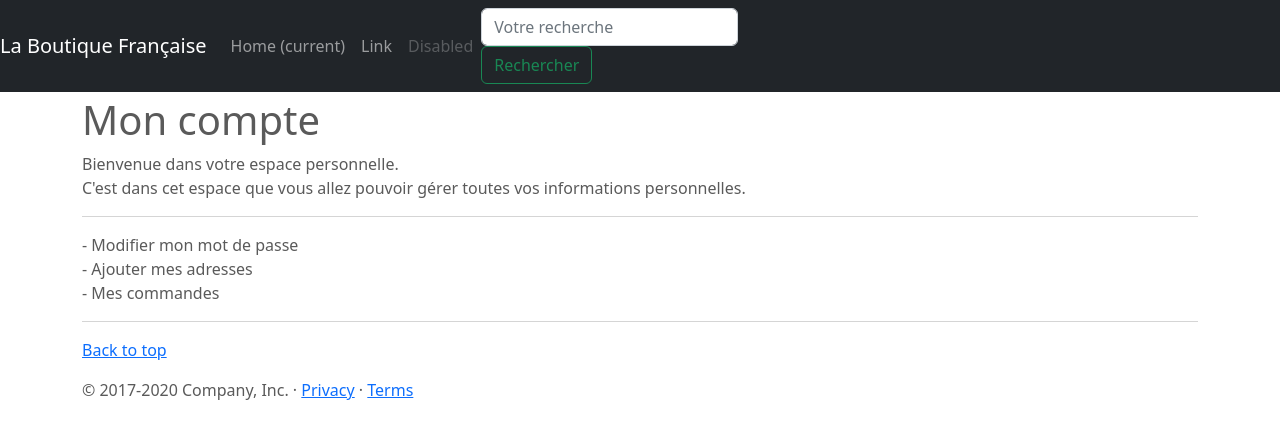
Repository: Coulibaly00180/laboutiquefrancaise
Page: templates/account/index.html.twig
The author's editor kept a copy of each file at every save. The page is drawn from the files as they stood at one save, then again after the next save.
The browser window is 1280 px wide. The pictures show the whole page.
The page is a Twig template of a Symfony application; nobody is signed in and links lead nowhere. The template is opened directly, without the code that normally fills it, so the values that code supplies are empty.

Above is the page before, as saved 2023-03-02 10:46:08.

### templates/account/index.html.twig
{% extends 'base.html.twig' %}

{% block title %}Mon compte - La Boutique Française{% endblock %}

{% block content %}
    <h1>Mon compte</h1>
    Bienvenue {{ app.user.firstName}} dans votre espace personnelle. <br>
    C'est dans cet espace que vous allez pouvoir gérer toutes vos informations personnelles.<br>
    <hr>
    -   Modifier mon mot de passe<br>
    -   Ajouter mes adresses<br>
    -   Mes commandes<br>
    <hr>
{% endblock %}

### templates/base.html.twig
<!doctype html>
<html lang="fr">
<head>
    <meta charset="utf-8">
    <meta name="viewport" content="width=device-width, initial-scale=1, shrink-to-fit=no">
    <meta name="description" content="">
    <meta name="author" content="Coulibaly Abdoulaye Christian">
    <meta name="generator" content="Jekyll v4.1.1">
    <title>{% block title %}La Boutique Française - 100% Made in French{% endblock %}</title>

    <!-- Bootstrap core CSS -->
    <link href="{{ asset('assets/css/bootstrap.min.css') }}" rel="stylesheet">

    <style>
        .bd-placeholder-img {
            font-size: 1.125rem;
            text-anchor: middle;
            -webkit-user-select: none;
            -moz-user-select: none;
            -ms-user-select: none;
            user-select: none;
        }

        @media (min-width: 768px) {
            .bd-placeholder-img-lg {
                font-size: 3.5rem;
            }
        }
    </style>
    <!-- Custom styles for this template -->
    <link href="{{ asset('assets/css/carousel.css') }}" rel="stylesheet">
</head>
<body>
    <header>
        <nav class="navbar navbar-expand-md navbar-dark fixed-top bg-dark">
            <a class="navbar-brand" href="#">La Boutique Française</a>
            <button class="navbar-toggler" type="button" data-toggle="collapse" data-target="#navbarCollapse" aria-controls="navbarCollapse" aria-expanded="false" aria-label="Toggle navigation">
                <span class="navbar-toggler-icon"></span>
            </button>
            <div class="collapse navbar-collapse" id="navbarCollapse">
                <ul class="navbar-nav mr-auto">
                    <li class="nav-item active">
                        <a class="nav-link" href="#">Home <span class="sr-only">(current)</span></a>
                    </li>
                    <li class="nav-item">
                        <a class="nav-link" href="#">Link</a>
                    </li>
                    <li class="nav-item">
                        <a class="nav-link disabled" href="#" tabindex="-1" aria-disabled="true">Disabled</a>
                    </li>
                </ul>
                <form class="form-inline mt-2 mt-md-0">
                    <input class="form-control mr-sm-2" type="text" placeholder="Votre recherche" aria-label="Search">
                    <button class="btn btn-outline-success my-2 my-sm-0" type="submit">Rechercher</button>
                </form>
            </div>
        </nav>
    </header>

    <main role="main">

        {% if block('carousel') is defined %}

        <div id="myCarousel" class="carousel slide" data-ride="carousel">
            <ol class="carousel-indicators">
                <li data-target="#myCarousel" data-slide-to="0" class="active"></li>
                <li data-target="#myCarousel" data-slide-to="1"></li>
                <li data-target="#myCarousel" data-slide-to="2"></li>
            </ol>
            <div class="carousel-inner">
                <div class="carousel-item active">
                    <svg class="bd-placeholder-img" width="100%" height="100%" xmlns="http://www.w3.org/2000/svg" preserveAspectRatio="xMidYMid slice" focusable="false" role="img"><rect width="100%" height="100%" fill="#777"/></svg>
                    <div class="container">
                        <div class="carousel-caption text-left">
                            <h1>Example headline.</h1>
                            <p>Cras justo odio, dapibus ac facilisis in, egestas eget quam. Donec id elit non mi porta gravida at eget metus. Nullam id dolor id nibh ultricies vehicula ut id elit.</p>
                            <p><a class="btn btn-lg btn-primary" href="#" role="button">Sign up today</a></p>
                        </div>
                    </div>
                </div>
                <div class="carousel-item">
                    <svg class="bd-placeholder-img" width="100%" height="100%" xmlns="http://www.w3.org/2000/svg" preserveAspectRatio="xMidYMid slice" focusable="false" role="img"><rect width="100%" height="100%" fill="#777"/></svg>
                    <div class="container">
                        <div class="carousel-caption">
                            <h1>Another example headline.</h1>
                            <p>Cras justo odio, dapibus ac facilisis in, egestas eget quam. Donec id elit non mi porta gravida at eget metus. Nullam id dolor id nibh ultricies vehicula ut id elit.</p>
                            <p><a class="btn btn-lg btn-primary" href="#" role="button">Learn more</a></p>
                        </div>
                    </div>
                </div>
                <div class="carousel-item">
                    <svg class="bd-placeholder-img" width="100%" height="100%" xmlns="http://www.w3.org/2000/svg" preserveAspectRatio="xMidYMid slice" focusable="false" role="img"><rect width="100%" height="100%" fill="#777"/></svg>
                    <div class="container">
                        <div class="carousel-caption text-right">
                            <h1>One more for good measure.</h1>
                            <p>Cras justo odio, dapibus ac facilisis in, egestas eget quam. Donec id elit non mi porta gravida at eget metus. Nullam id dolor id nibh ultricies vehicula ut id elit.</p>
                            <p><a class="btn btn-lg btn-primary" href="#" role="button">Browse gallery</a></p>
                        </div>
                    </div>
                </div>
            </div>
            <a class="carousel-control-prev" href="#myCarousel" role="button" data-slide="prev">
                <span class="carousel-control-prev-icon" aria-hidden="true"></span>
                <span class="sr-only">Previous</span>
            </a>
            <a class="carousel-control-next" href="#myCarousel" role="button" data-slide="next">
                <span class="carousel-control-next-icon" aria-hidden="true"></span>
                <span class="sr-only">Next</span>
            </a>
        </div>

        {% endif %}


        <!-- Marketing messaging and featurettes
        ================================================== -->
        <!-- Wrap the rest of the page in another container to center all the content. -->

        <div class="container marketing {% if block('carousel') is not defined %} mt-5 {% endif %}">

            {% block content %}

            {% endblock %}

        </div><!-- /.container -->

        <!-- FOOTER -->
        <footer class="container">
            <p class="float-right"><a href="#">Back to top</a></p>
            <p>&copy; 2017-2020 Company, Inc. &middot; <a href="#">Privacy</a> &middot; <a href="#">Terms</a></p>
        </footer>
    </main>
    <script src="https://code.jquery.com/jquery-3.5.1.slim.min.js"></script>
    <script src="{{ asset('assets/js/bootstrap.bundle.js') }}"></script>
</body>
</html>

### public/assets/css/carousel.css
/* GLOBAL STYLES
-------------------------------------------------- */
/* Padding below the footer and lighter body text */

body {
    padding-top: 3rem;
    padding-bottom: 3rem;
    color: #5a5a5a;
}


/* CUSTOMIZE THE CAROUSEL
-------------------------------------------------- */

/* Carousel base class */
.carousel {
    margin-bottom: 4rem;
}
/* Since positioning the image, we need to help out the caption */
.carousel-caption {
    bottom: 3rem;
    z-index: 10;
}

/* Declare heights because of positioning of img element */
.carousel-item {
    height: 32rem;
}
.carousel-item > img {
    position: absolute;
    top: 0;
    left: 0;
    min-width: 100%;
    height: 32rem;
}


/* MARKETING CONTENT
-------------------------------------------------- */

/* Center align the text within the three columns below the carousel */
.marketing .col-lg-4 {
    margin-bottom: 1.5rem;
    text-align: center;
}
.marketing h2 {
    font-weight: 400;
}
.marketing .col-lg-4 p {
    margin-right: .75rem;
    margin-left: .75rem;
}


/* Featurettes
------------------------- */

.featurette-divider {
    margin: 5rem 0; /* Space out the Bootstrap <hr> more */
}

/* Thin out the marketing headings */
.featurette-heading {
    font-weight: 300;
    line-height: 1;
    letter-spacing: -.05rem;
}


/* RESPONSIVE CSS
-------------------------------------------------- */

@media (min-width: 40em) {
    /* Bump up size of carousel content */
    .carousel-caption p {
        margin-bottom: 1.25rem;
        font-size: 1.25rem;
        line-height: 1.4;
    }

    .featurette-heading {
        font-size: 50px;
    }
}

@media (min-width: 62em) {
    .featurette-heading {
        margin-top: 7rem;
    }
}

Loaded but not shown: public/assets/css/bootstrap.min.css (library); public/assets/js/bootstrap.bundle.js (library)

After the next save:
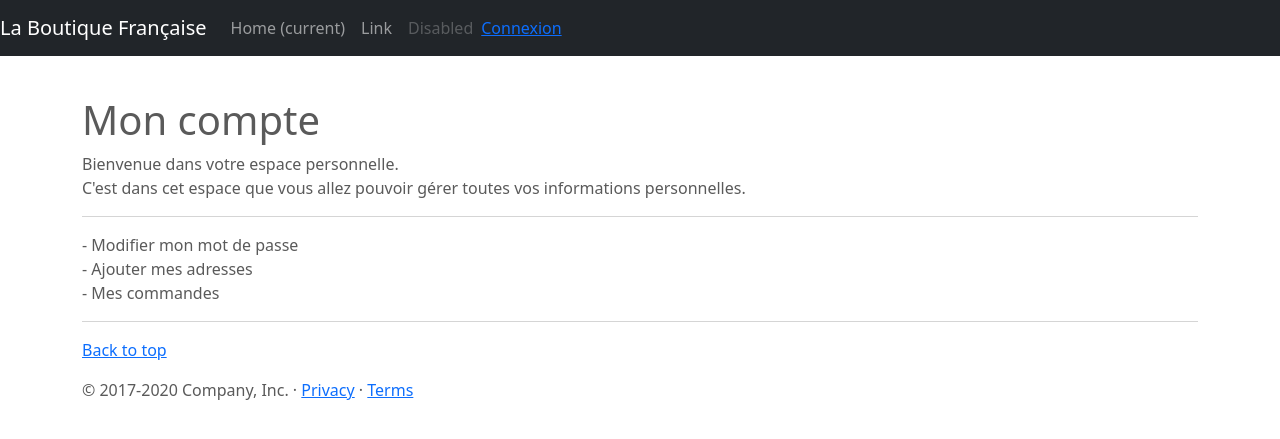
Saved 7 min 54 s later.
--- a/templates/base.html.twig
+++ b/templates/base.html.twig
@@ -49,10 +49,7 @@
                         <a class="nav-link disabled" href="#" tabindex="-1" aria-disabled="true">Disabled</a>
                     </li>
                 </ul>
-                <form class="form-inline mt-2 mt-md-0">
-                    <input class="form-control mr-sm-2" type="text" placeholder="Votre recherche" aria-label="Search">
-                    <button class="btn btn-outline-success my-2 my-sm-0" type="submit">Rechercher</button>
-                </form>
+                <a href="">Connexion</a>
             </div>
         </nav>
     </header>
